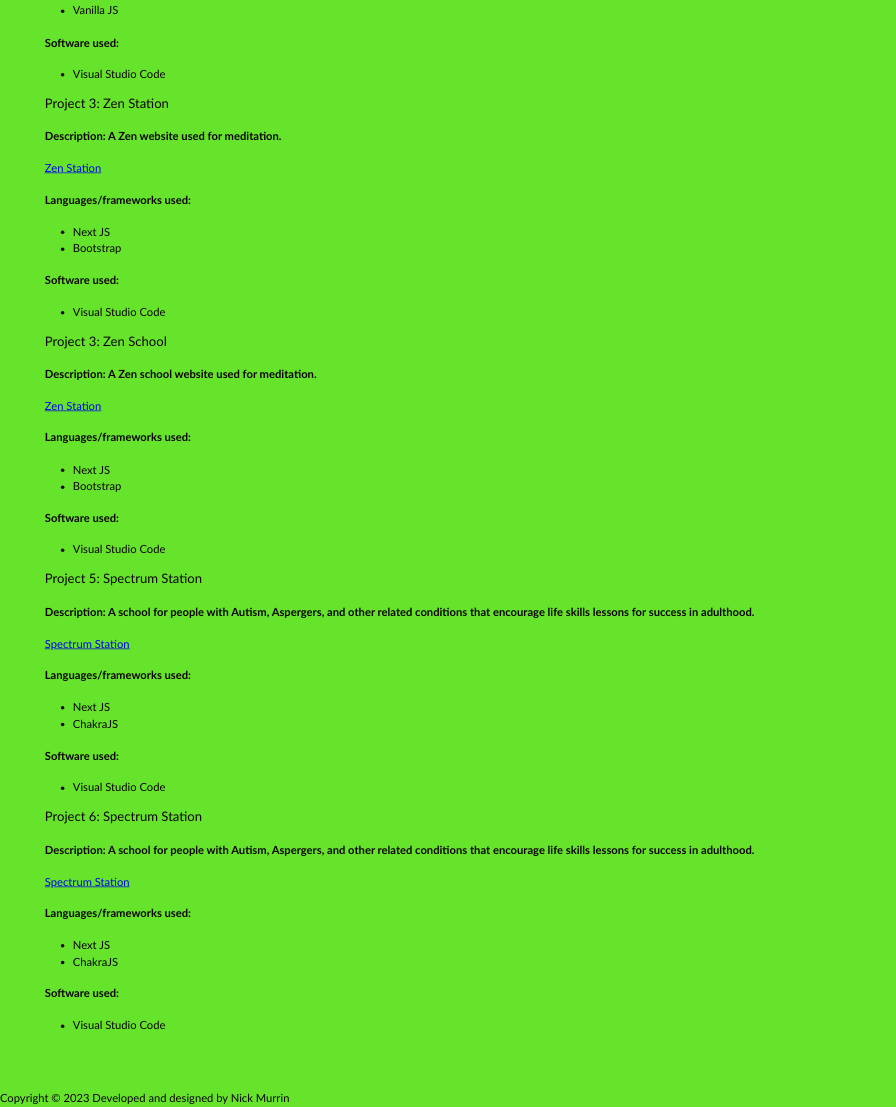
Repository: collegedude9300/modernport
Page: about.html
These files come from the project's save history. The page is drawn as it stood at one moment and after the next save; the edit follows.
The browser window is 1280 px wide. The pictures show the part of the page from y = 1028 to 2948 px (the page is 2609 px tall before and 2948 px after), at 70% of full size.

Above is the page before, as saved 2023-06-26 22:09:07.

### about.html
<!DOCTYPE html>
<html lang="en">
<head>
  <meta charset="UTF-8">
  <meta name="viewport" content="width=device-width, initial-scale=1.0">
  <meta http-equiv="X-UA-Compatible" content="ie=edge">
  <link rel="stylesheet" href="css/main.css">
  <title>Portfolio</title>
</head>
<body>
<header>
<div class="menu-btn">
<div class="btn-line"></div>
<div class="btn-line"></div>
<div class="btn-line"></div>
</div>

<nav class="menu">
<div class="menu-branding">
<div class="portrait"></div>
</div>

<ul class="menu-nav">
<li class="nav-item">
<a href="index.html" class="nav-link">
Home
</a>
</li>

<li class="nav-item current">
<a href="about.html" class="nav-link">
About Me
</a>
</li>



<li class="nav-item">
<a href="contact.html" class="nav-link">
Contact Me
</a>
</li>
</ul>
</nav>
</header>
<main id="home">

<h1 class="lg-heading">
About Me:
</h1>
    <div class="about-info">
      <div class="bio">
        <p>My name is Nick Murrin and I am a Computer Science graduate of California State University San Marcos.
        In addition to being a web developer, I am also a mobile developer.
        </p>
        <h4>  Web Development Projects:</h4>
      </div>
      <div class="project1">
        <h3>Project 1: Education Station </h3>
        <h4>Description: A website for students to get extra practice with their early development skills.</h4>
        <a href="https://educationstation.vercel.app/ "/>Education Station </a>
<h4> Languages/frameworks used: </h4>
<ul>
  <li>HTML/CSS</li>
  <li>Vanilla JS </li>
</ul>
<h4> Software used: </h4>
<ul>
<li> Visual Studio Code  </li>
</ul>
      </div>
      <div class="project2">
        <h3>Project 2: Accerlerread</h3>
        <h4>Description: A reading program for people who need extra practice reading, and vocabulary. </h4>
        <a href="https://accelerread.vercel.app/"/> Accerlerread </a>
    <h4> Languages/frameworks used: </h4>
    <ul>
      <li>HTML/CSS</li>
      <li>Vanilla JS </li>
    </ul>
    <h4> Software used: </h4>
    <ul>
    <li> Visual Studio Code  </li>
    </ul>
      </div>
<div class="project3">
        <h3>Project 3: Zen Station</h3>
        <h4>Description: A Zen website used for meditation.</h4>
        <a href="https://zenstationnext.vercel.app/"/> Zen Station </a>
<h4> Languages/frameworks used: </h4>
<ul>
  <li>Next JS</li>
  <li>Bootstrap</li>
</ul>
<h4> Software used: </h4>
<ul>
<li> Visual Studio Code  </li>
</ul>
      </div>

      <div class="project4">
        <h3>Project 3: Zen School</h3>
        <h4>Description: A Zen school website used for meditation.</h4>
        <a href="https://zenschool.vercel.app/"/> Zen Station </a>
<h4> Languages/frameworks used: </h4>
<ul>
  <li>Next JS</li>
  <li>Bootstrap</li>
</ul>
<h4> Software used: </h4>
<ul>
<li> Visual Studio Code  </li>
</ul>
      </div>


      <div class="project5">
        <h3>Project 5: Spectrum Station</h3>
        <h4>Description: A school for people with Autism, Aspergers, and other related conditions that encourage life skills lessons for success in adulthood.</h4>
        <a href="https://spectrumstation.vercel.app/"/> Spectrum Station </a>
<h4> Languages/frameworks used: </h4>
<ul>
  <li>Next JS</li>
  <li>ChakraJS</li>
</ul>
<h4> Software used: </h4>
<ul>
<li> Visual Studio Code  </li>
</ul>
      </div>

      <div class="project6">
        <h3>Project 6:  Spectrum Station</h3>
        <h4>Description: A school for people with Autism, Aspergers, and other related conditions that encourage life skills lessons for success in adulthood.</h4>
        <a href="https://spectrumstation.vercel.app/"/> Spectrum Station </a>
<h4> Languages/frameworks used: </h4>
<ul>
  <li>Next JS</li>
  <li>ChakraJS</li>
</ul>
<h4> Software used: </h4>
<ul>
<li> Visual Studio Code  </li>
</ul>
      </div>






</div>
</div>
</main>
  <footer id="main-footer">
  Copyright &copy; 2023
  Developed and designed by Nick Murrin
  </footer>
<script src="js/main.js"> </script>
</body>
</html>

### css/main.css
.menu-btn {
  position: absolute;
  z-index: 3;
  right: 35px;
  top: 35px;
  cursor: pointer;
  transition: all 0.5s ease-out; }
  .menu-btn .btn-line {
    width: 28px;
    height: 3px;
    margin: 0 0 5px 0;
    background: #000;
    transition: all 0.5s ease-out; }
  .menu-btn.close {
    transform: rotate(180deg); }
    .menu-btn.close .btn-line:nth-child(1) {
      transform: rotate(45deg) translate(5px, 5px); }
    .menu-btn.close .btn-line:nth-child(2) {
      opacity: 0; }
    .menu-btn.close .btn-line:nth-child(3) {
      transform: rotate(-45deg) translate(7px, -6px); }

.menu {
  position: fixed;
  top: 0;
  width: 100%;
  opacity: 0.9;
  visibility: hidden; }
  .menu.show {
    visibility: visible; }
  .menu-branding, .menu-nav {
    display: flex;
    flex-flow: column wrap;
    align-items: center;
    justify-content: center;
    float: left;
    width: 50%;
    height: 100vh;
    overflow: hidden; }
  .menu-nav {
    margin: 0;
    padding: 0;
    background: #f6a205;
    list-style: none;
    transform: translate3d(0, -100%, 0);
    transition: all 0.5s ease-out; }
    .menu-nav.show {
      transform: translate3d(0, 0, 0); }
  .menu-branding {
    background: #faac1b;
    transform: translate3d(0, 100%, 0);
    transition: all 0.5s ease-out; }
    .menu-branding.show {
      transform: translate3d(0, 0, 0); }
    .menu-branding .portrait {
      width: 250px;
      height: 250px; }
  .menu .nav-item {
    transform: translate3d(600px, 0, 0);
    transition: all 0.5s ease-out; }
    .menu .nav-item.show {
      transform: translate3d(0, 0, 0); }
  .menu .nav-link {
    display: inline-block;
    position: relative;
    font-size: 30px;
    text-transform: uppercase;
    padding: 1rem 0;
    font-weight: 300;
    color: #000;
    text-decoration: none;
    transition: all 0.5s ease-out; }

.nav-item:nth-child(1) {
  transition-delay: 0.1s; }

.nav-item:nth-child(2) {
  transition-delay: 0.2s; }

.nav-item:nth-child(3) {
  transition-delay: 0.3s; }

.nav-item:nth-child(4) {
  transition-delay: 0.4s; }

@media screen and (min-width: 1171px) {
  .projects {
    grid-template-columns: repeat(4, 1fr); } }

@media screen and (min-width: 769px) and (max-width: 1170px) {
  .projects {
    grid-template-columns: repeat(3, 1fr); } }

@media screen and (max-width: 768px) {
  main {
    align-items: center;
    text-align: center; }
    main .lg-heading {
      line-height: 1;
      margin-bottom: 1rem; }
  ul.menu-nav,
  div.menu-branding {
    float: none;
    width: 100%;
    min-height: 0; }
    ul.menu-nav.show,
    div.menu-branding.show {
      transform: translate3d(0, 0, 0); }
  .menu-nav {
    height: 75vh;
    transform: translate3d(-100%, 0, 0);
    font-size: 24px; }
  .menu-branding {
    height: 25vh;
    transform: translate3d(100%, 0, 0); }
    .menu-branding .portrait {
      width: 150px;
      height: 150px; }
  .about-info {
    grid-template-areas: 'bioimage'
 'bio'
 'job1'
 'job2'
 'job3';
    grid-template-columns: 1fr; }
  .projects {
    grid-template-columns: repeat(2, 1fr); } }

@media screen and (max-width: 500px) {
  main {
    padding: 2rem; }
    main #home h1 {
      margin-top: 10vh; }
    main .lg-heading {
      margin-top: 1rem;
      font-size: 5rem; }
  .projects {
    grid-template-columns: 1fr; } }

* {
  box-sizing: border-box; }

body {
  background: #66e42c;
  color: #0a0303;
  height: 100%;
  margin: 0;
  font-family: 'Trebuchet MS', 'Lucida Sans Unicode', 'Lucida Grande', 'Lucida Sans', Arial, sans-serif;
  line-height: 1.5; }

.transition1 {
  width: 150px;
  height: 150px;
  background: red;
  transition: width 3s; }

.transition2 {
  width: 150px;
  height: 150px;
  background: #12e7ee;
  transition: width 3s; }

.transition3 {
  width: 150px;
  height: 150px;
  background: #e7d918;
  transition: width 3s; }

.transition4 {
  width: 150px;
  height: 150px;
  background: rgba(238, 150, 18, 0.753);
  transition: width 3s; }

.myTitle {
  padding: 50px;
  margin: 20px;
  font-size: 30px;
  font-family: Cambria, Cochin, Georgia, Times, 'Times New Roman', serif;
  color: #1133ca; }

h1, h2, h3 {
  margin: 0;
  font-weight: 400; }

.lg-heading {
  font-size: 6rem; }

header {
  position: relative;
  z-index: 2; }

main {
  padding: 4rem;
  height: 100%; }
  main#home {
    overflow: hidden; }
  main h1 {
    margin-top: 20vh; }

### js/main.js
// Select DOM Items
const menuBtn = document.querySelector('.menu-btn');
const menu = document.querySelector('.menu');
const menuNav = document.querySelector('.menu-nav');
const menuBranding = document.querySelector('.menu-branding');
const navItems = document.querySelectorAll('.nav-item');

// Set Initial State Of Menu
let showMenu = false;

menuBtn.addEventListener('click', toggleMenu);

function toggleMenu() {
  if (!showMenu) {
    menuBtn.classList.add('close');
    menu.classList.add('show');
    menuNav.classList.add('show');
    menuBranding.classList.add('show');
    navItems.forEach(item => item.classList.add('show'));

    // Set Menu State
    showMenu = true;
  } else {
    menuBtn.classList.remove('close');
    menu.classList.remove('show');
    menuNav.classList.remove('show');
    menuBranding.classList.remove('show');
    navItems.forEach(item => item.classList.remove('show'));

    // Set Menu State
    showMenu = false;
  }
}

After the next save:
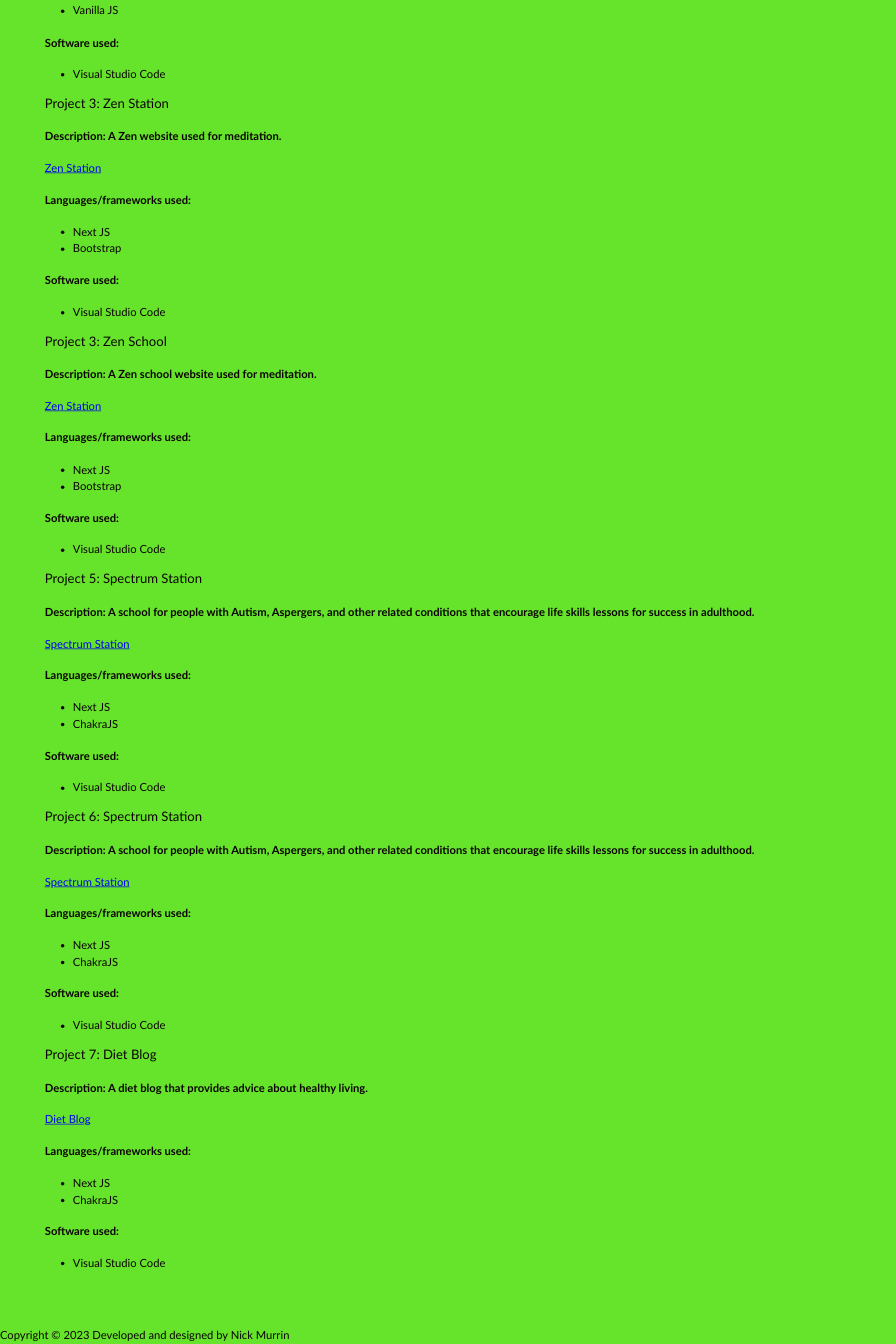
Saved 70 s later.
--- a/about.html
+++ b/about.html
@@ -144,7 +144,20 @@ About Me:
 </ul>
       </div>
 
-
+      <div class="project7">
+        <h3>Project 7:  Diet Blog</h3>
+        <h4>Description: A diet blog that provides advice about healthy living.</h4>
+        <a href="https://spectrumstation.vercel.app/"/> Diet Blog </a>
+<h4> Languages/frameworks used: </h4>
+<ul>
+  <li>Next JS</li>
+  <li>ChakraJS</li>
+</ul>
+<h4> Software used: </h4>
+<ul>
+<li> Visual Studio Code  </li>
+</ul>
+      </div>
 
 
 
